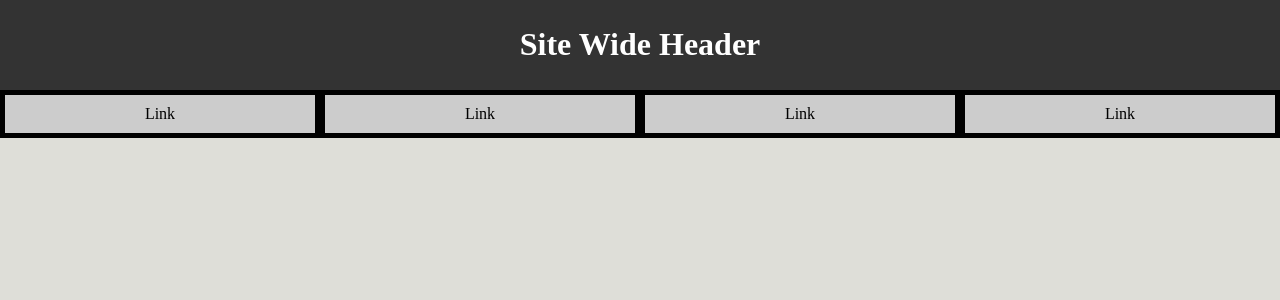
Repository: ayeza-baseer/AssignmentFlexbox
Page: assignment.html
The author's editor kept a copy of each file at every save. The page is drawn from the files as they stood at one save, then again after the next save.
The browser window is 1280 px wide. The pictures show the whole page.

Above is the page before, as saved 2023-03-17 13:53:53.

### assignment.html
<!DOCTYPE html>
<html lang="en">
<head>

    <link rel="stylesheet" href="assignment.css">


</head>
<body>
<div>
    <header class="header"><h1>
        Site Wide Header
    </h1></header>
    <div class="navbar">
        <a href="#">Link</a>
        <a href="#">Link</a>
        <a href="#">Link</a>
        <a href="#">Link</a>
      </div>


</div>

</body>
</html>

### assignment.css
.header{
    padding: 5px;
    background-color: #333;
	 color: #ccc;

    text-align: center;

    color: white;
}

body{
    margin:0;
    background-color: #deded8;
}

.navbar {
    display: flex;
    background-color: black
  }

  .navbar a {
    color: black;
    margin:5px;
    background-color: #ccc;
    padding: 10px 12px;
    text-decoration: none;
    text-align: center;
    flex-grow:1
  }

After the next save:
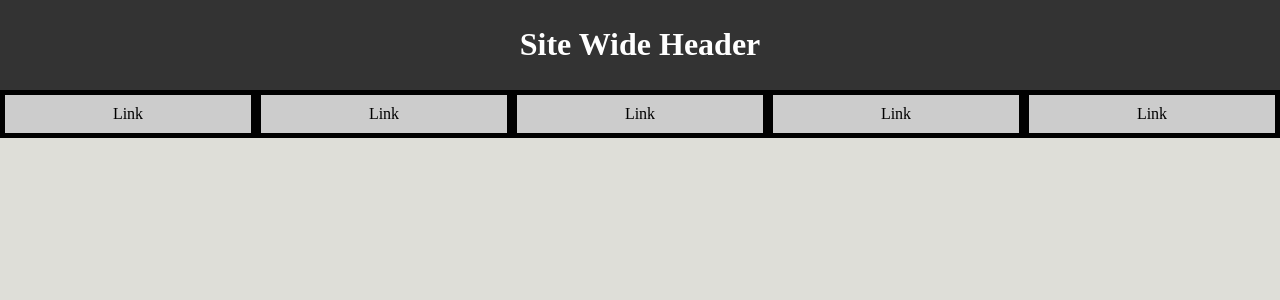
Saved 16 s later.
--- a/assignment.html
+++ b/assignment.html
@@ -16,6 +16,7 @@
         <a href="#">Link</a>
         <a href="#">Link</a>
         <a href="#">Link</a>
+        <a href="#">Link</a>
       </div>
 
 
